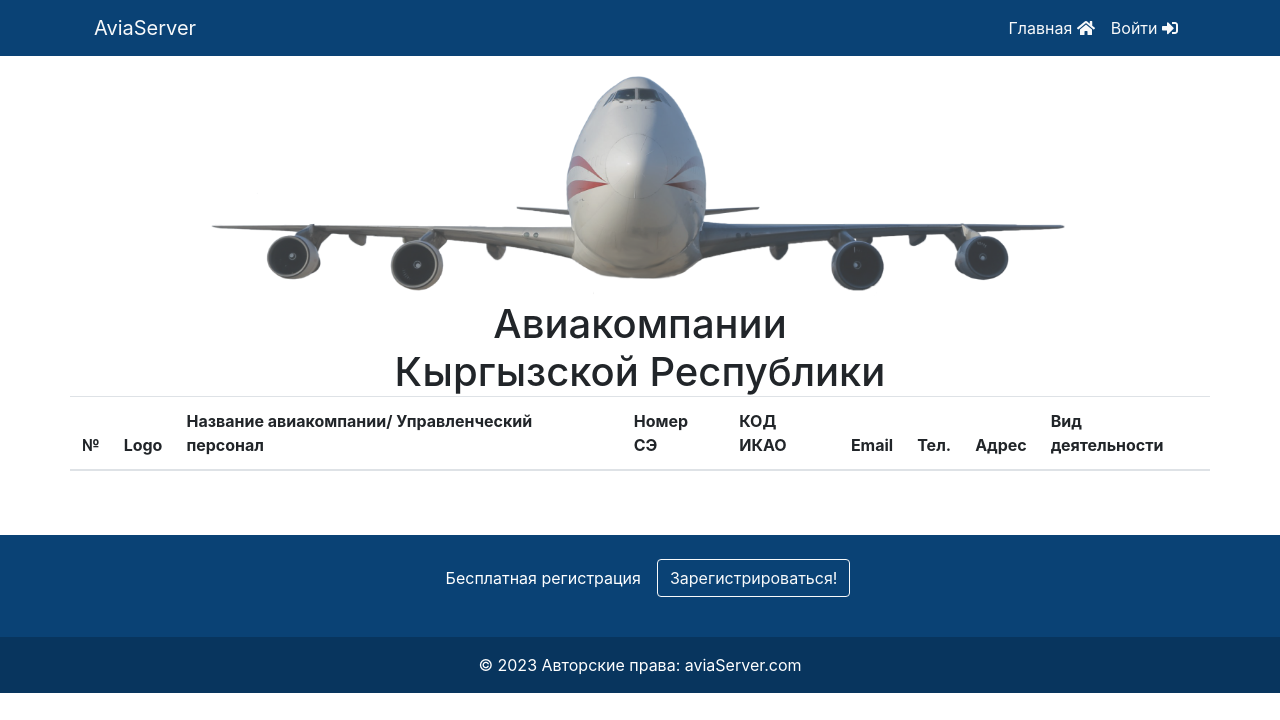
Repository: sulimonn/aviaServer
Page: products/templates/products/index.html
The author's editor kept a copy of each file at every save. The page is drawn from the files as they stood at one save, then again after the next save.
The browser window is 1280 px wide. The pictures show the whole page.
Some web libraries are served in a nearby version. The template is drawn by Django 4.2. The application's start-up code is not run. Other server files are loaded and not shown. The template is opened directly, without the code that normally fills it, so the values that code supplies are empty.

Above is the page before, as saved 2023-08-14 20:28:29.

### products/templates/products/index.html
{% extends 'products/base.html' %}
{% load static %}
{% block css %}
    <link href="{% static 'css/index.css' %}" rel="stylesheet"/>
{% endblock %}

{% block content  %}
<br><br>

<div class="d-flex">
    <img class="m-auto" width="900px" src="/media/img/carusel.png">
</div>
<div class="d-flex">
    <h1 align="center" class="m-auto">Авиакомпании <br> Кыргызской Республики</h1>
</div>
<table class="table container-xl">
  <thead>
    <tr>
      <th scope="col">№</th>
      <th scope="col">Logo</th>
      <th scope="col">Название авиакомпании/
Управленческий  персонал</th>
      <th scope="col">Номер СЭ</th>
      <th scope="col">КОД ИКАО</th>
      <th scope="col">Email</th>
      <th scope="col">Тел.</th>
      <th scope="col">Адрес</th>
      <th scope="col">Вид деятельности</th>
    </tr>
  </thead>
    {% for company in companies %}


  <tbody>
    <tr>
      <th scope="row">{{ company.id }}</th>
      <td><img class="card-img-top" src="/media/{{ company.image }}" ></td>
      <td>{{ company.name }}</td>
      <td>{{ company.number }}</td>
      <td>{{ company.code }}</td>
      <td>{{ company.email }}</td>
      <td>{{ company.phone1 }} {{ company.phone2 }}</td>
      <td>{{ company.address }}</td>
      <td>{{ company.kind_of_activity }}</td>
    </tr>

  </tbody>
    {% endfor %}
</table>


{% endblock %}

### products/templates/products/base.html
{% load static %}
<!DOCTYPE html>
<html lang="en">

<head>

    <meta charset="utf-8">
    <meta name="viewport" content="width=device-width, initial-scale=1, shrink-to-fit=no">
    <meta name="description" content="">
    <meta name="author" content="">

    <title>{{ title | title }}</title>

    <!-- Bootstrap core CSS -->
    <link href="{% static 'vendor/bootstrap/css/bootstrap.min.css' %}" rel="stylesheet">
    <link href="{% static 'css/auth.css' %}" rel="stylesheet"/>

    <script src="https://cdnjs.cloudflare.com/ajax/libs/font-awesome/5.15.1/js/all.min.js"
            crossorigin="anonymous"></script>
    <!-- Custom styles for this template -->
</head>

<body>

<!-- Navigation -->
<nav class="navbar navbar-expand-lg fixed-top" style="background-color: #0a4275;">
    <div class="container text-light">
        <a class="navbar-brand text-light" href="index.html">AviaServer</a>
        <button class="navbar-toggler" type="button" data-toggle="collapse" data-target="#navbarResponsive"
                aria-controls="navbarResponsive" aria-expanded="false" aria-label="Toggle navigation">
            <span class="navbar-toggler-icon"></span>
        </button>
        <div class="collapse navbar-collapse" id="navbarResponsive">
            <ul class="navbar-nav ml-auto">
                <li class="nav-item">
                    <a class="nav-link text-light" href="#">Главная <i class="fas fa-home"></i> </a>
                </li>
                {% if user.is_authenticated %}
                <li class="nav-item">
                    <a class="nav-link text-light" href="{% url 'users:profile' %}">{{ user.username }} <i class="fas fa-user-circle"></i>
                    </a>
                </li>
               <li class="nav-item">
                    <a class="nav-link text-light" href="{% url 'users:logout' %}">Выйти <i class="fas fa-sign-out-alt"></i></a>
                </li>

                {% else %}
                <li class="nav-item">
                    <a class="nav-link text-light" href="{% url 'users:login' %}">Войти <i class="fas fa-sign-in-alt"></i></a>
                </li>


                {% endif %}


            </ul>
        </div>
    </div>
</nav>
{% block content  %}
{% endblock %}
<br>
<br>
<!--footer-->
<section class="">
  <!-- Footer -->
  <footer class="text-center text-white" style="background-color: #0a4275;">
    <!-- Grid container -->
    <div class="container p-4 pb-0">
      <!-- Section: CTA -->
      <section class="">
        <p class="d-flex justify-content-center align-items-center">
          <span class="mx-3">Бесплатная регистрация</span>
          <a href="{% url 'users:register' %}" type="button" class="btn btn-outline-light btn-rounded">
            Зарегистрироваться!
          </a>
        </p>
      </section>
      <!-- Section: CTA -->
    </div>
    <!-- Grid container -->

    <!-- Copyright -->
    <div class="text-center p-3" style="background-color: rgba(0, 0, 0, 0.2);">
      © 2023 Авторские права:
      <a class="text-white" href="https://mdbootstrap.com/">aviaServer.com</a>
    </div>
    <!-- Copyright -->
  </footer>
  <!-- Footer -->
</section>


<!-- Bootstrap core JavaScript -->
<script src="{% static 'vendor/jquery/jquery.min.js' %}"></script>
<script src="{% static 'vendor/bootstrap/js/bootstrap.bundle.min.js' %}"></script>

<!-- FontAwesome script -->
<script src="{% static 'vendor/fontawesome/fontawesome-icons.js' %}" crossorigin="anonymous"></script>

</body>

</html>

Loaded but not shown: static/css/auth.css (library)

After the next save:
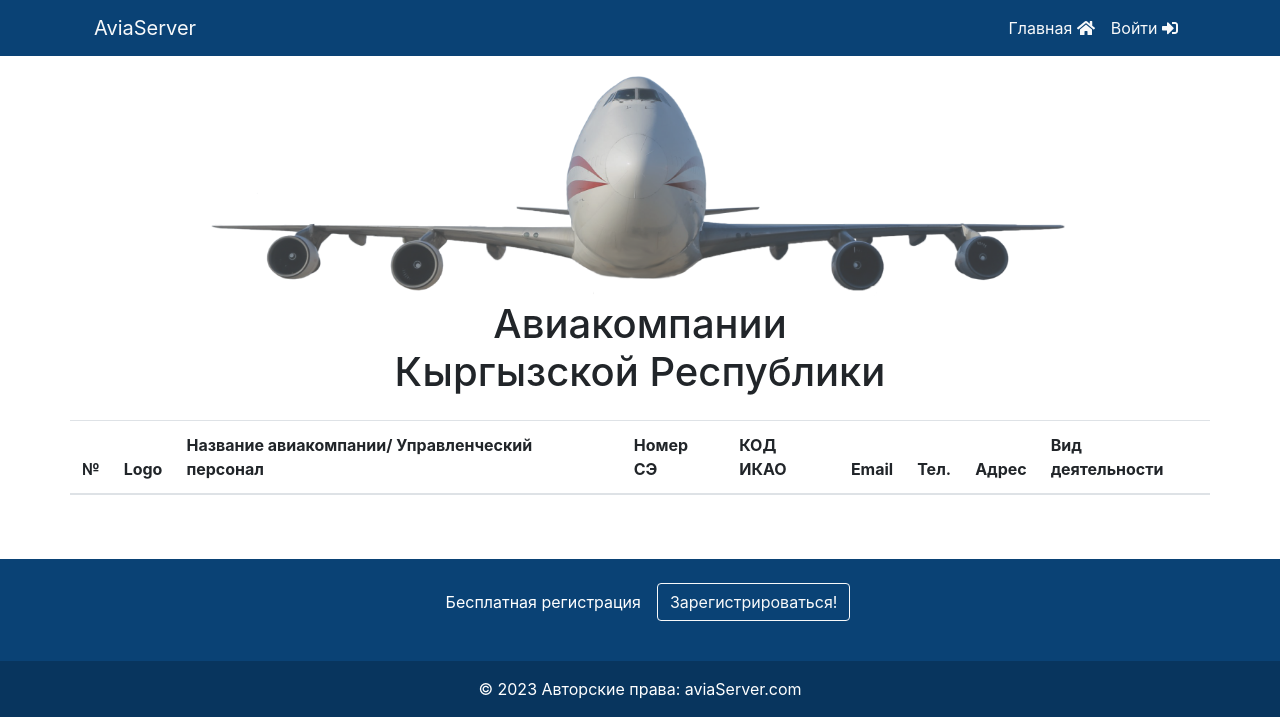
Saved 22 s later.
--- a/products/templates/products/index.html
+++ b/products/templates/products/index.html
@@ -11,7 +11,7 @@
     <img class="m-auto" width="900px" src="/media/img/carusel.png">
 </div>
 <div class="d-flex">
-    <h1 align="center" class="m-auto">Авиакомпании <br> Кыргызской Республики</h1>
+    <h1 align="center" class="m-auto pb-4">Авиакомпании <br> Кыргызской Республики</h1>
 </div>
 <table class="table container-xl">
   <thead>
